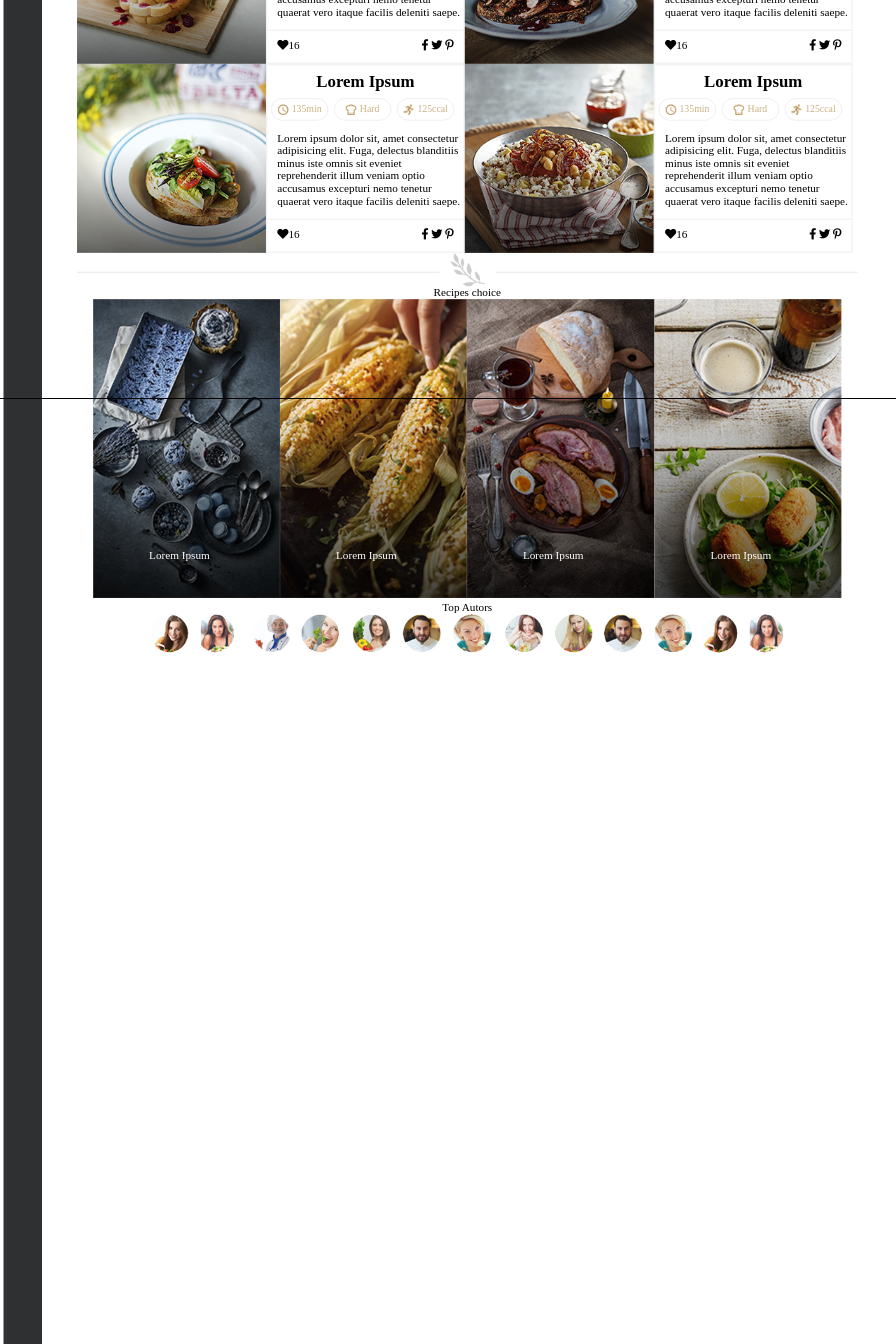
Repository: grzegorzgebala/recipeCatalog
Page: index.html
These files come from the project's save history. The page is drawn as it stood at one moment and after the next save; the edit follows.
The browser window is 1280 px wide. The pictures show the part of the page from y = 2335 to 4255 px (the page is 7016 px tall), at 70% of full size.
Some web libraries are served in a nearby version. The style sheet was rebuilt from its Sass, Less or Tailwind sources for each picture, by a compiler version that may differ from the author's.

Above is the page before, as saved 2019-05-03 00:21:11.

After the next save:
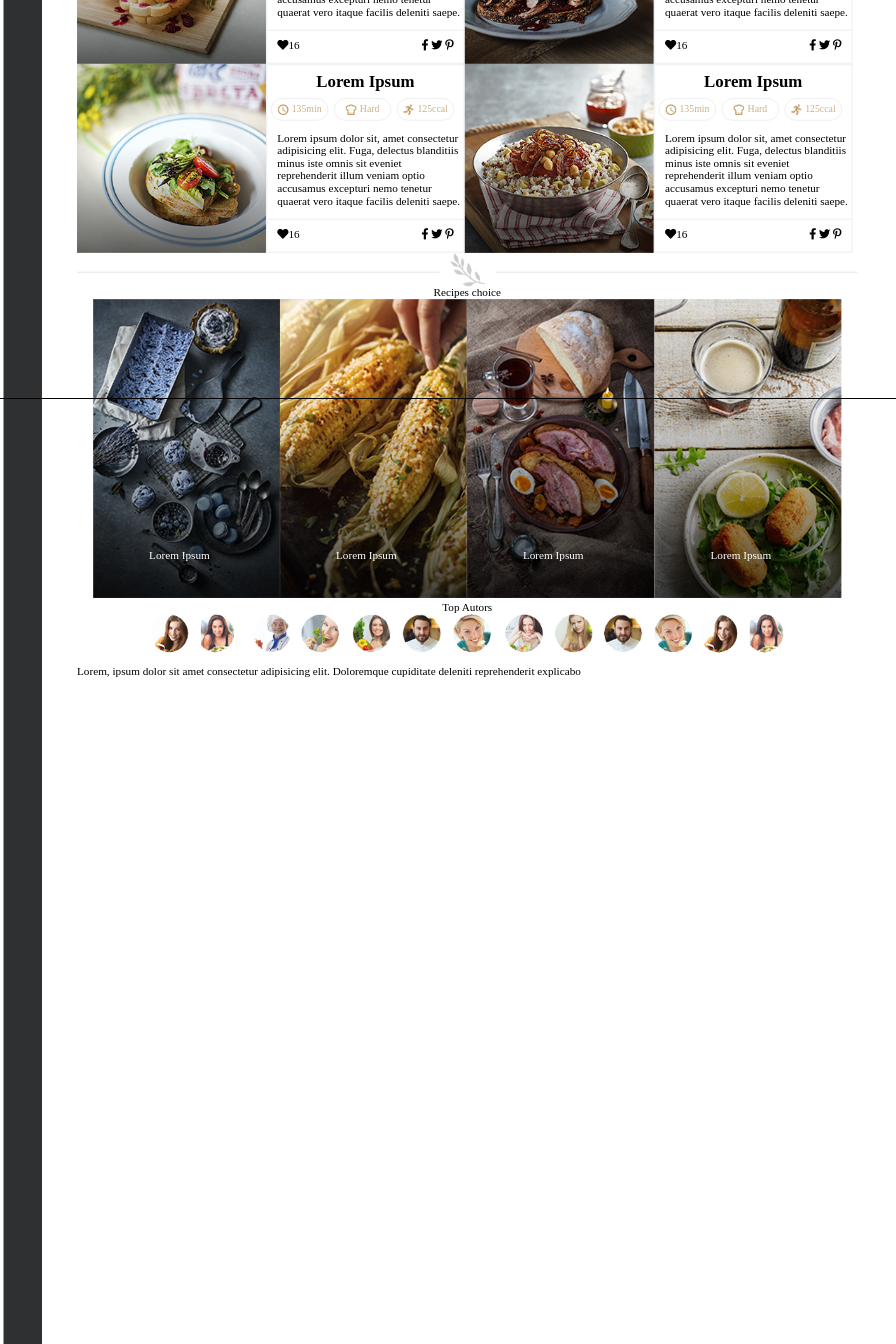
Saved 2 min 48 s later.
--- a/index.html
+++ b/index.html
@@ -439,7 +439,7 @@
                 <img src="./images/Pictures/section3/autors.png" alt="Autors">
             </section>
             <section class="contact">
-
+                <p>Lorem, ipsum dolor sit amet consectetur adipisicing elit. Doloremque cupiditate deleniti reprehenderit explicabo</p>
             </section>
             <footer>
 
